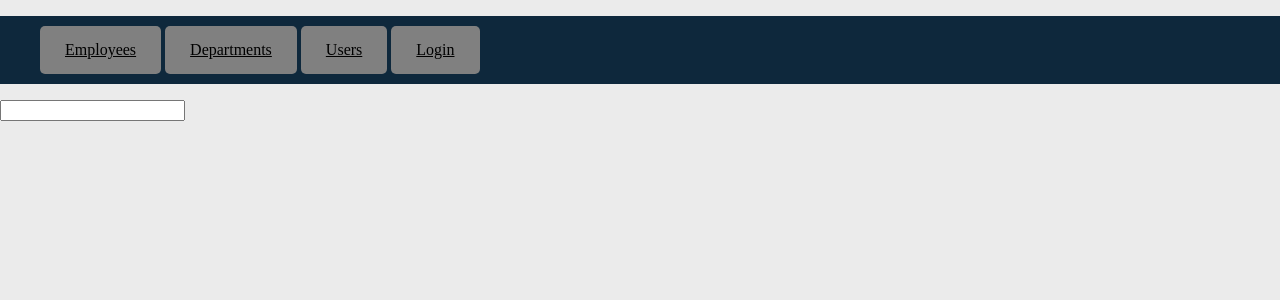
Repository: avsuhas/Java-Project
Page: Employee Project/WebContent/html/button.html
The author's editor kept a copy of each file at every save. The page is drawn from the files as they stood at one save, then again after the next save.
The browser window is 1280 px wide. The pictures show the whole page.

Above is the page before, as saved 2017-05-25 15:13:00.

### Employee Project/WebContent/html/button.html
<!DOCTYPE html>
<html>
<head>
    <title>Button Testing</title>
    <style type="text/css">




    html, body {
    	margin: 0px;
    	background: #ebebeb;
    }
      .ulTag {
      	list-style-type: none;
      	background: #0E283C;
      	margin: 0px;
      }


      .liTag {
        display: inline-block;
            padding: 15px 25px;
            background: grey;
            border-radius: 5px;
            margin: 10px 0px 10px 0px;
            text-align: right;
        }
        .sbmtBtn {
        	width: 90px;
		    height: 35px;
		    border-radius: 10px;
		    font-size: 17px;
		    margin-top: 20px;
}
        }

</style>


</head>
<body>

	<div class="ulTag">
	<ul>
		<li class="liTag"> <a href="../jsp/employees.jsp" style="color:black;">Employees</a></li>
		<li class="liTag"><a href="../jsp/departments.jsp" style="color:black;">Departments</a></li>
		<li class="liTag"><a href="../jsp/user.jsp" style="color:black;">Users</a></li>
		<li class="liTag"><a href="welcomePage.html" style="color:black;">Login</a></li>
	</ul>
	</div>

	<div>
	<input type="search"/>

	</div>


<br>



</body>
</html>

After the next save:
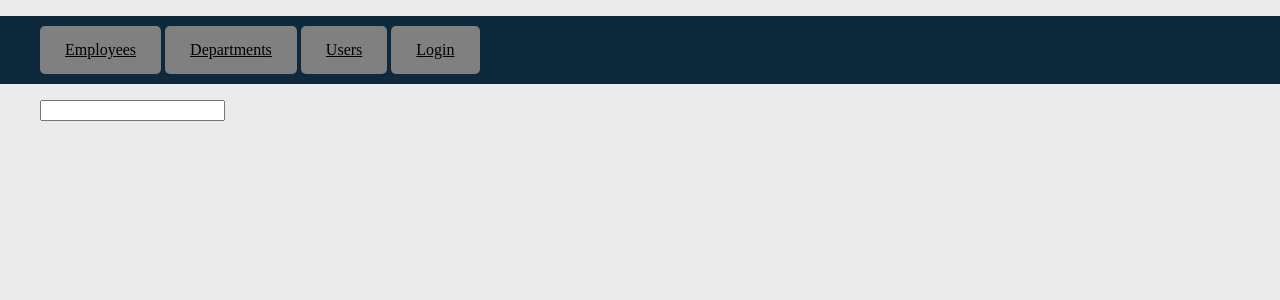
Saved 63 s later.
--- a/Employee Project/WebContent/html/button.html
+++ b/Employee Project/WebContent/html/button.html
@@ -51,8 +51,9 @@
 	</div>
 
 	<div>
+	<ul>
 	<input type="search"/>
-
+	</ul>
 	</div>
 
 
